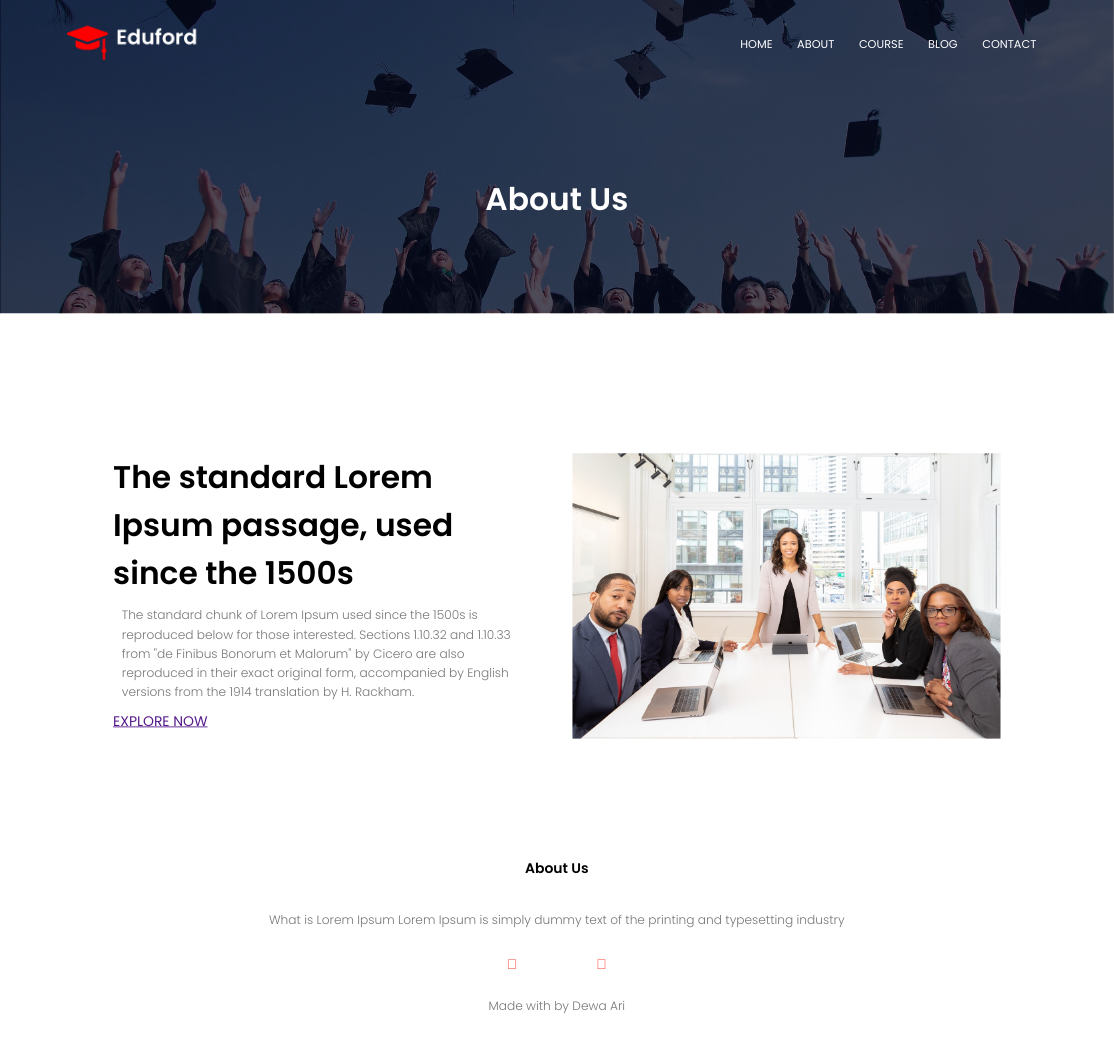
Repository: dewaary/company-profile
Page: about.html
An editor plug-in stored every save of this project. The page is shown before and after the next save, followed by the edit.
The browser window is 1280 px wide. The pictures show the whole page, at 87% of full size.

Above is the page before, as saved 2021-05-07 23:25:57.

### about.html
<!DOCTYPE html>
<html lang="en">

<head>
    <meta charset="UTF-8" />
    <meta http-equiv="X-UA-Compatible" content="IE=edge" />
    <meta name="viewport" content="width=device-width, initial-scale=1.0" />
    <title>University Website Design</title>
    <link rel="stylesheet" href="style.css" />
    <link rel="preconnect" href="https://fonts.gstatic.com" />
    <link href="https://fonts.googleapis.com/css2?family=Poppins:wght@200;300;400;600;700&display=swap"
        rel="stylesheet" />
    <link rel="stylesheet"
        href="https://cdn.jsdelivr.net/npm/@fortawesome/fontawesome-free@5.15.3/css/fontawesome.min.css" />
</head>

<body>
    <section class="sub-header">
        <nav>
            <a href="index.html"><img src="images/logo.png" /></a>
            <div class="nav-links" id="navLinks">
                <i class="fa fa-times" onclick="hideMenu()"></i>
                <ul>
                    <li><a href="">HOME</a></li>
                    <li><a href="">ABOUT</a></li>
                    <li><a href="">COURSE</a></li>
                    <li><a href="">BLOG</a></li>
                    <li><a href="">CONTACT</a></li>
                </ul>
            </div>
            <i class="fa fa-bars" onclick="showMenu()"></i>
        </nav>
        <h1>About Us</h1>
    </section>

    <section class="about-us">

        <div class="row">
            <div class="about-col">
                <h1>The standard Lorem Ipsum passage, used since the 1500s</h1>
                <p>
                    The standard chunk of Lorem Ipsum used since the 1500s is reproduced below for those interested.
                    Sections 1.10.32 and 1.10.33 from "de Finibus Bonorum et Malorum" by Cicero are also reproduced in
                    their exact original form, accompanied by English versions from the 1914 translation by H. Rackham.
                </p>
                <a href="">EXPLORE NOW</a>
            </div>
            <div class="about-col">
                <img src="images/about.jpg">
            </div>
        </div>

    </section>


    <section class="footer">
        <h4>About Us</h4>
        <p>
            What is Lorem Ipsum Lorem Ipsum is simply dummy text of the printing and
            typesetting industry
        </p>
        <div class="icons">
            <i class="fa fa-facebook"></i>
            <i class="fa fa-Twitter"></i>
            <i class="fa fa-Instagram"></i>
            <i class="fa fa-linkedin"></i>
        </div>
        <p>Made with <i class="fa fa-heart-0"></i>by Dewa Ari</p>
    </section>

    <!---- Javascript for Toggle Menu ---->
    <script>
        var navLinks = document.getElementById("navLinks");

        function showMenu() {
            navLinks.style.right = "0";
        }
        function hideMenu() {
            navLinks.style.right = "-200px";
        }
    </script>
</body>

</html>

### style.css
* {
  margin: 0;
  padding: 0;
  font-family: "Poppins", sans-serif;
}

.header {
  min-height: 100vh;
  width: 100%;
  background-image: linear-gradient(rgba(4, 9, 30, 0.7), rgba(4, 9, 30, 0.7)),
    url(images/banner.png);
  background-position: center;
  background-size: cover;
  position: relative;
}

nav {
  display: flex;
  padding: 2% 6%;
  justify-content: space-between;
  align-items: center;
}

nav img {
  width: 150px;
}

.nav-links {
  flex: 1;
  text-align: right;
}

.nav-links ul li {
  list-style: none;
  display: inline-block;
  padding: 8px 12px;
  position: relative;
}

.nav-links ul li a {
  color: #fff;
  text-decoration: none;
  font-size: 13px;
}

.nav-links ul li::after {
  content: "";
  width: 0%;
  height: 2px;
  background: #f44336;
  display: block;
  margin: auto;
  transition: 0.5s;
}

.nav-links ul li:hover::after {
  width: 100%;
}

.text-box {
  width: 90%;
  color: #fff;
  position: absolute;
  top: 50%;
  left: 50%;
  transform: translate(-50%, -50%);
  text-align: center;
}

.text-box h1 {
  font-size: 62px;
}

.text-box p {
  margin: 10px 0 40px;
  font-size: 14px;
  color: #fff;
}

.hero-btn {
  display: inline-block;
  text-decoration: none;
  color: #fff;
  border: 1px solid #fff;
  padding: 12px 34px;
  font-size: 13px;
  background: transparent;
  position: relative;
  cursor: pointer;
}

.hero-btn:hover {
  border: 1px solid #f44336;
  background: #f44336;
  transition: 1s;
}

nav .fa {
  display: none;
}

@media (max-width: 700px) {
  .text-box h1 {
    font-size: 20px;
  }

  .nav-links ul li {
    display: block;
  }
  .nav-links {
    position: absolute;
    background: #f44336;
    height: 100vh;
    width: 200px;
    top: 0;
    right: -200px;
    text-align: left;
    z-index: 2;
    transition: 1s;
  }

  nav .fa {
    display: block;
    color: #fff;
    margin: 10px;
    font-size: 22px;
    cursor: pointer;
  }

  .nav-links ul {
    padding: 30px;
  }
}

/*---- Course ------ */

.course {
  width: 80%;
  margin: auto;
  text-align: center;
  padding-top: 100px;
}

h1 {
  font-size: 36px;
  font-weight: 600;
}

p {
  color: #777;
  font-size: 14px;
  font-weight: 300;
  line-height: 22px;
  padding: 10px;
}

.row {
  margin-top: 5%;
  display: flex;
  justify-content: space-between;
}

.course-col {
  flex-basis: 31%;
  background: #fff3f3;
  border-radius: 10px;
  margin-bottom: 5%;
  padding: 20px 12px;
  box-sizing: border-box;
  transition: 0.5s;
}

h3 {
  text-align: center;
  font-weight: 600;
  margin: 10px 0;
}

.course-col:hover {
  box-shadow: 0 0 20px 0px rgba(0, 0, 0, 0.2);
}

@media (max-width: 700px) {
  .row {
    flex-direction: column;
  }
}

.campus {
  width: 80%;
  margin: auto;
  text-align: center;
  padding-top: 50px;
}

.campus-col {
  flex-basis: 32%;
  border-radius: 10px;
  margin-bottom: 30px;
  position: relative;
  overflow: hidden;
}
.campus-col img {
  width: 100%;
  display: block;
}

.layer {
  background: transparent;
  height: 100%;
  width: 100%;
  position: absolute;
  top: 0;
  left: 0;
  transition: 0.5s;
}

.layer:hover {
  background: rgba(226, 0, 0, 0.7);
}

.layer h3 {
  width: 100%;
  font-weight: 500;
  color: #fff;
  font-size: 26px;
  bottom: 0;
  left: 50%;
  transform: translateX(-50%);
  position: absolute;
  transition: 0.5s;
}

.layer:hover h3 {
  bottom: 49%;
  opacity: 1;
}

.facilities {
  width: 80%;
  margin: auto;
  text-align: center;
  padding-top: 100px;
}

.facilities-col {
  flex-basis: 31%;
  border-radius: 10px;
  margin-bottom: 5%;
  text-align: left;
}

.facilities-col img {
  width: 100%;
  border-radius: 10px;
}

.facilities-col p {
  padding: 0%;
}

.facilities-col h3 {
  margin-top: 16px;
  margin-bottom: 15px;
  text-align: left;
}

.testimonials {
  width: 80%;
  margin: auto;
  padding-top: 100px;
  text-align: center;
}

.testimonials-col {
  flex-basis: 44%;
  border-radius: 10px;
  margin-bottom: 5%;
  text-align: left;
  background: #fff3f3;
  padding: 25px;
  cursor: pointer;
  display: flex;
}

.testimonials-col img {
  height: 40px;
  margin-left: 5px;
  margin-right: 30px;
  border-radius: 50%;
}

.testimonials-col p {
  padding: 0;
}

.testimonials-col h3 {
  margin-top: 15px;
  text-align: left;
}

.testimonials-col .fa {
  color: #f44336;
}

@media (max-width: 700px) {
  .testimonials-col img {
    margin-left: 0px;
    margin-right: 15px;
  }
}

.cta {
  margin: 100px auto;
  width: 80%;
  background-image: linear-gradient(rgba(0, 0, 0, 0.7), rgba(0, 0, 0, 0.7)),
    url(images/banner2.jpg);
  background-position: center;
  background-size: cover;
  border-radius: 10px;
  text-align: center;
  padding: 100px 0;
}

.cta h1 {
  color: #fff;
  margin-bottom: 40px;
  padding: 0;
}

@media (max-width: 700px) {
  .cta h1 {
    font-size: 20px;
  }
}

.footer {
  width: 100%;
  text-align: center;
  padding: 30px 0;
}

.footer h4 {
  margin-bottom: 25px;
  margin-top: 20px;
  font-weight: 600;
}

.icons .fa {
  color: #f44336;
  margin: 0 13px;
  cursor: pointer;
  padding: 18px 0;
}

.fa-heart-0 {
  color: #f44336;
}

/*--------- About Us Page --------- */

.sub-header {
  height: 50vh;
  width: 100%;
  background-image: linear-gradient(rgba(4, 9, 30, 0.7), rgba(4, 9, 30, 0.7)),
    url(images/background.jpg);
  background-position: center;
  background-size: cover;
  text-align: center;
  color: #fff;
}

.sub-header h1{
  margin-top: 100px;
}

.about-us {
  width: 80%;
  margin: auto;
  padding-top: 80px;
  padding-bottom: 50px;
}

.about-col {
  flex-basis: 48%;
  padding: 30px 2px;
}

.about-col img{
  width: 100%;
}

After the next save:
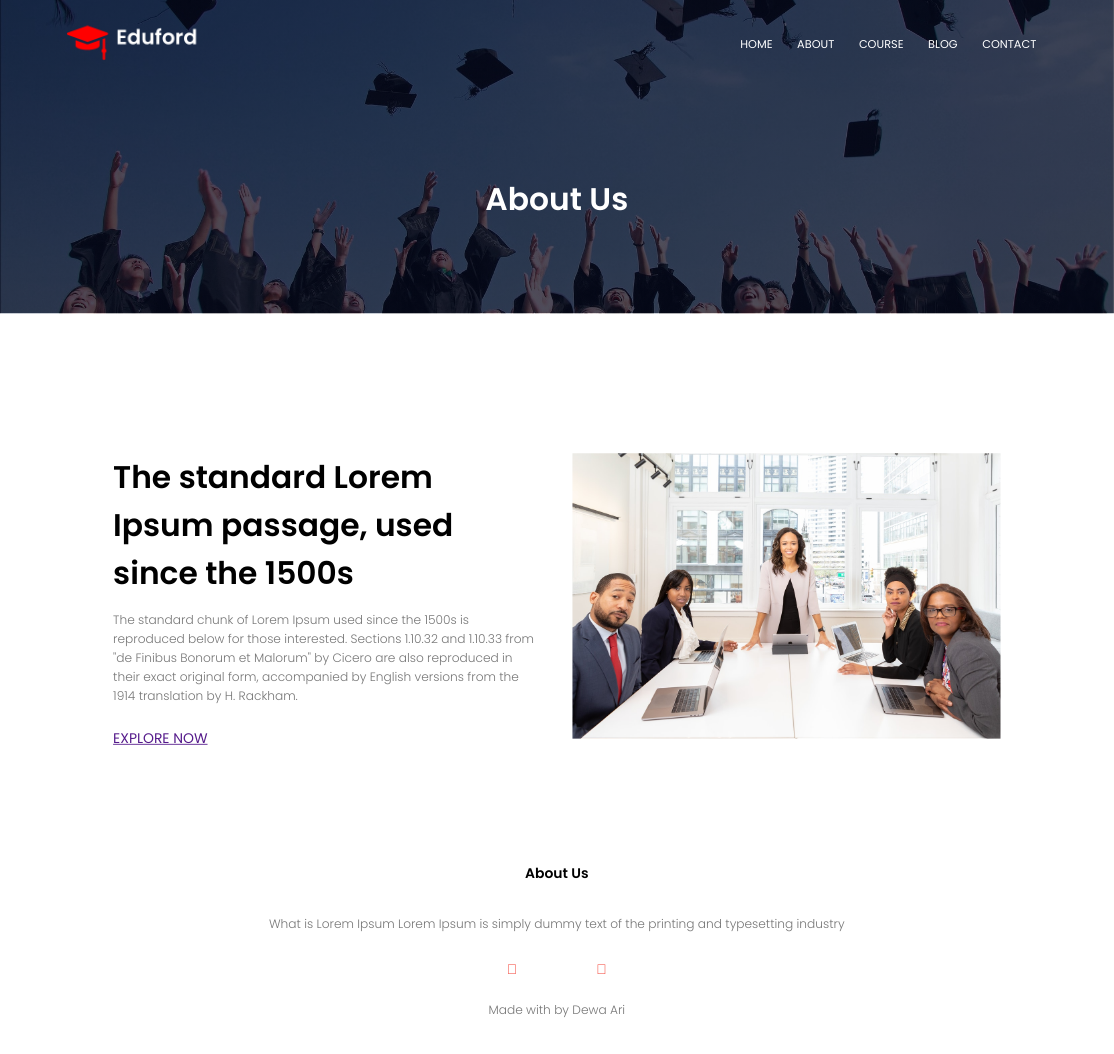
Saved 92 s later.
--- a/style.css
+++ b/style.css
@@ -389,3 +389,11 @@ h3 {
 .about-col img{
   width: 100%;
 }
+
+.about-col h1{
+  padding-top: 0;
+}
+
+.about-col p{
+  padding: 15px 0 25px;
+}
